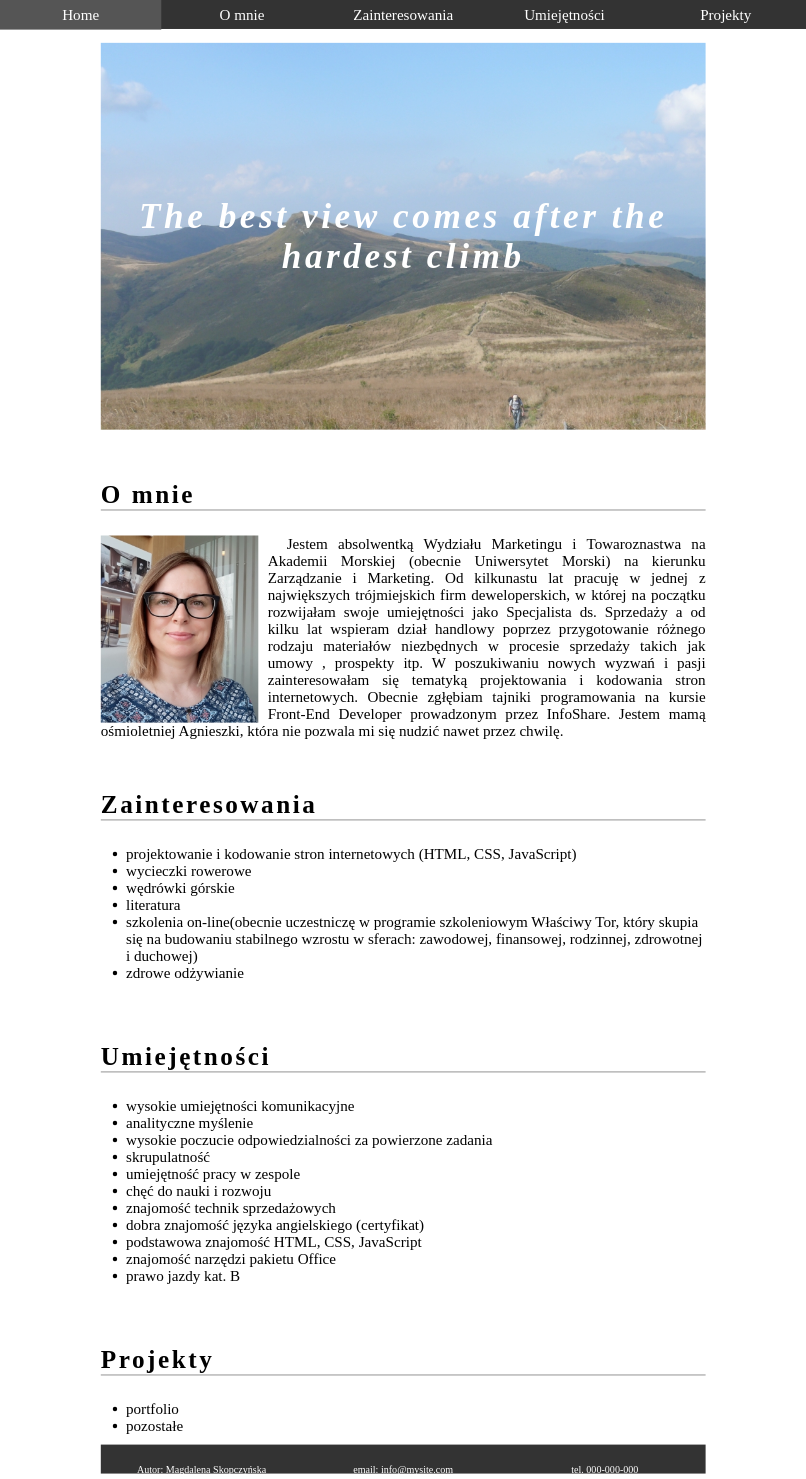
Repository: MagJaw/portfolio
Page: portfolio.html
These files come from the project's save history. The page is drawn as it stood at one moment and after the next save; the edit follows.
The browser window is 1280 px wide. The pictures show the whole page, at 63% of full size.

Above is the page before, as saved 2018-11-13 00:51:40.

### portfolio.html
<!DOCTYPE html>
<html lang="pl">
<head>
    <meta charset="UTF-8">
    <meta name="viewport" content="width=device-width, initial-scale=1.0">
    <meta http-equiv="X-UA-Compatible" content="ie=edge">
    <link rel="stylesheet" href="main.css">
    <title>Portfolio</title>
</head>
<body>
    <div id="wrapper">
        <div id="section1"></div>
        <nav role="navigation" class="menu__container">
            <ul class="menu">
                <li class="menu__section">
                    <a href="#section1">Home</a>
                </li>
                <li class="menu__section">
                    <a href="#section2">O mnie</a>
                </li>
                <li class="menu__section">
                    <a href="#section3">Zainteresowania</a>
                </li>
                <li class="menu__section">
                    <a href="#section4">Umiejętności</a>
                </li>
                <li class="menu__section">
                    <a href="#section5">Projekty</a>
                </li>
            </ul>
        </nav>
        <div class="motto__container">
            <blockquote id="quote"><b>The best view comes after the hardest climb</b></blockquote>
        </div>

        <div id="section2">
            <h1 class="header__section">O mnie</h1>
            <img src="portret.jpg" class="my__photo">
            <p id="history"> Jestem absolwentką Wydziału Marketingu i Towaroznastwa na Akademii Morskiej (obecnie Uniwersytet Morski) na kierunku Zarządzanie i Marketing. Od kilkunastu lat pracuję w jednej z największych trójmiejskich firm deweloperskich, w której na początku rozwijałam swoje umiejętności jako Specjalista ds. Sprzedaży a od kilku lat wspieram dział handlowy poprzez przygotowanie różnego rodzaju materiałów niezbędnych w procesie sprzedaży takich jak umowy , prospekty itp. W poszukiwaniu nowych wyzwań i pasji zainteresowałam się tematyką projektowania i kodowania stron internetowych. Obecnie zgłębiam tajniki programowania na kursie Front-End Developer prowadzonym przez InfoShare. Jestem mamą ośmioletniej Agnieszki, która nie pozwala mi się nudzić nawet przez chwilę.</p>
        </div>
        <div id="section3">
            <h1 class="header__section">Zainteresowania</h1>
            <ul>
                <li>projektowanie i kodowanie stron internetowych (HTML, CSS, JavaScript)</li>
                <li>wycieczki rowerowe</li>
                <li>wędrówki górskie</li>
                <li>literatura</li>
                <li>szkolenia on-line(obecnie uczestniczę w programie szkoleniowym Właściwy Tor, który skupia się na budowaniu stabilnego wzrostu w sferach: zawodowej, finansowej, rodzinnej, zdrowotnej i duchowej)</li>
                <li>zdrowe odżywianie</li>
            </ul>
        </div>
        <div id="section4">
            <h1 class="header__section">Umiejętności</h1>
            <ul>
                <li>wysokie umiejętności komunikacyjne</li>
                <li>analityczne myślenie</li>
                <li>wysokie poczucie odpowiedzialności za powierzone zadania</li>
                <li>skrupulatność</li>
                <li>umiejętność pracy w zespole</li>
                <li>chęć do nauki i rozwoju</li>
                <li>znajomość technik sprzedażowych</li>
                <li>dobra znajomość języka angielskiego (certyfikat)</li>
                <li>podstawowa znajomość HTML, CSS, JavaScript</li>
                <li>znajomość narzędzi pakietu Office</li>
                <li>prawo jazdy kat. B</li>
            </ul>
        </div>
        <div id="section5">
            <h1 class="header__section">Projekty</h1>
            <ul>
                <li>portfolio</li>
                <li>pozostałe</li>
            </ul>
        </div>
        <div id="footer">
            <p>Autor: Magdalena Skopczyńska</p>
            <p>email: info@mysite.com</p>
            <p>tel. 000-000-000</p>
        </div>
    </div>
</body>
</html>

### main.css
html {
    font-size: 16px;
    scroll-behavior: smooth;
  }

#wrapper {
    width: 100%;
    max-width: 960px;
    margin: 0 auto;
}

.menu__container {
background:  #333;
}

.menu {
    list-style-type: none;
    padding: 0;
    margin: 0;
}

.menu__container a {
    text-decoration: none;
    text-align: center;
    color: #fff;
    display: block;
    padding: 10px;
}

.menu__container a:hover {
background-color: #555;
}

.motto__container {
width: 100%;
height: 48vw;
background-image: url(tapeta.jpg);
background-color: #555;
opacity: 0.8;
display: table;
}

#quote {
font-size: 3.5em;
letter-spacing: 0.1em;
font-style: italic;
color: #fff;
text-align: center;
vertical-align: middle;
display: table-cell;
margin: 0;
}

p, li {
font-size: 1.5em;
}

.header__section {
font-size: 2.5em;
letter-spacing: 0.1em;
border-bottom: 1px solid #555;
margin-top: 1em;
margin-bottom: 1em;
}

.my__photo {
float: left;
padding-right: 15px;
}

#history {
margin: 0;
text-indent: 30px;
text-align: justify;
}

#footer {
height: 46px;
background: #333;
bottom: 0;
display: flex;
}

#footer p {
color: #fff;
font-size: 1em;
display: block;
padding: 15px;
text-align: center;
width:100%;
}

@media screen and (max-width: 767px){
#quote {
font-size: 2em;
}

.my__photo {
    float: none;
    padding-right: 0;
    display: block;
    margin: 0 auto;
    }

#history {
    padding-top: 10px;
    }
}

@media screen and (min-width: 768px){

.menu {
display: flex;
}

.menu__section {
flex: 1 1 0;
}

.menu__container {
    background:  #333;
    z-index: 1;
    top: 0;
    left: 0;
    right: 0;
    height: 46px;
    position: fixed;
    }

.motto__container {
margin-top: 40px;
}

/*.header__section {
    margin-top: 46px;
    }
}*/

#section2,
#section3,
#section4,
#section5 {
padding-top: 40px;
}

#section1 {
padding: 10px;
}
}
@media screen and (min-width: 1700px){
    .motto__container {

    height: 24vw;
    }

After the next save:
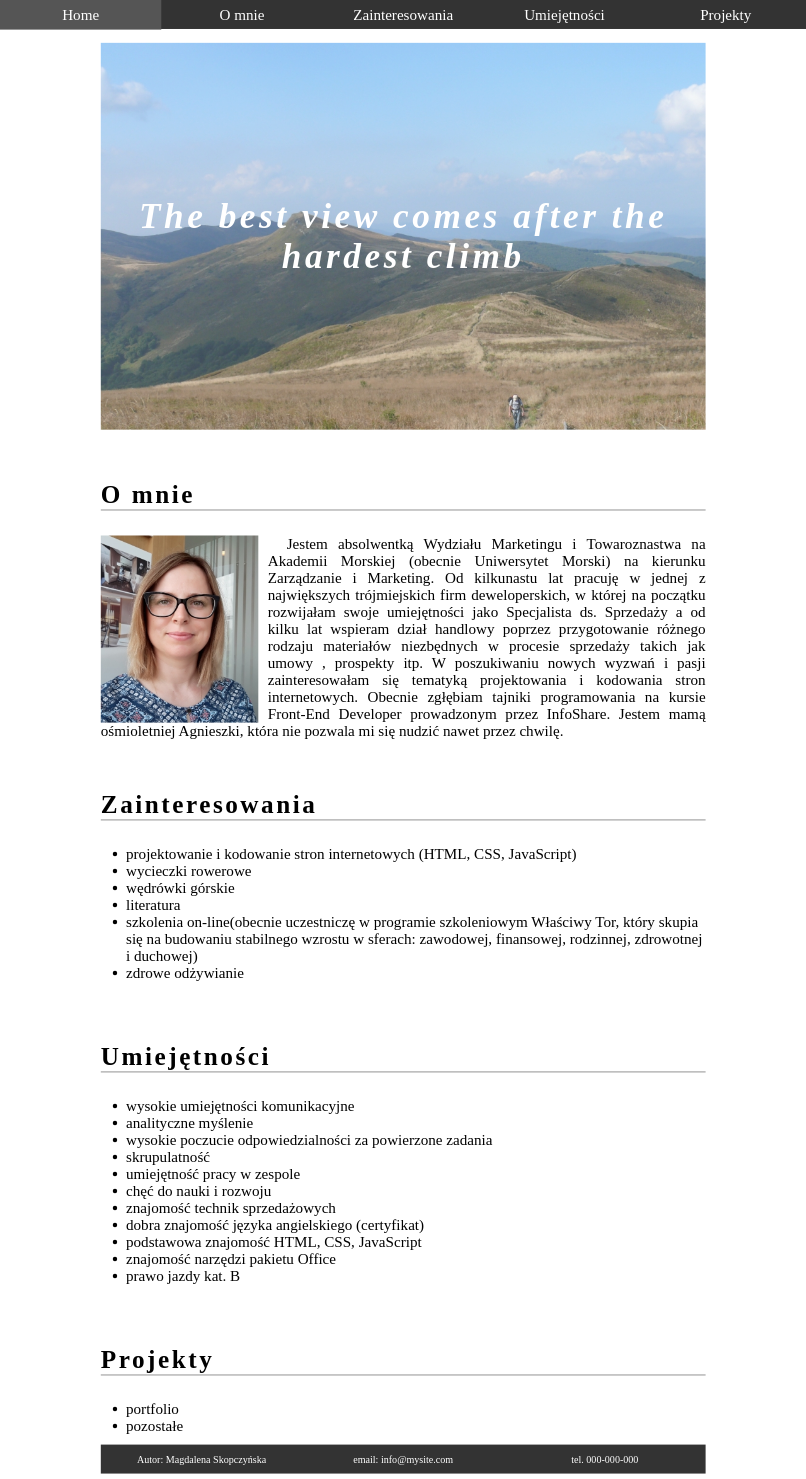
Saved 4 min 23 s later.
--- a/main.css
+++ b/main.css
@@ -85,7 +85,6 @@ display: flex;
 color: #fff;
 font-size: 1em;
 display: block;
-padding: 15px;
 text-align: center;
 width:100%;
 }
